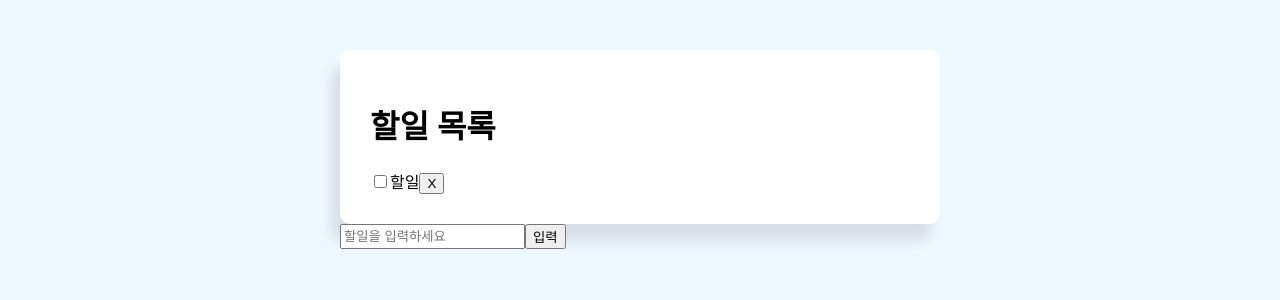
Repository: siwon9898/react-learn
Page: /
An editor plug-in stored every save of this project. The page is shown before and after the next save, followed by the edit.
The browser window is 1280 px wide. The pictures show the whole page.
The project was rebuilt for these pictures with package versions that can differ from the ones it lists, and the page was loaded fresh each time.

Above is the page before, as saved 2023-03-29 15:04:09.

### public/index.html
<!-- 페이지 템플릿 -->
<!DOCTYPE html>
<html lang="en">
  <head>
    <meta charset="utf-8" />
    <link rel="icon" href="%PUBLIC_URL%/favicon.ico" />
    <meta name="viewport" content="width=device-width, initial-scale=1" />
    <meta name="theme-color" content="#000000" />
    <meta
      name="description"
      content="Web site created using create-react-app"
    />
    <link rel="apple-touch-icon" href="%PUBLIC_URL%/logo192.png" />
    <!--
      manifest.json provides metadata used when your web app is installed on a
      user's mobile device or desktop. See https://developers.google.com/web/fundamentals/web-app-manifest/
    -->
    <link rel="manifest" href="%PUBLIC_URL%/manifest.json" />
    <!--
      Notice the use of %PUBLIC_URL% in the tags above.
      It will be replaced with the URL of the `public` folder during the build.
      Only files inside the `public` folder can be referenced from the HTML.

      Unlike "/favicon.ico" or "favicon.ico", "%PUBLIC_URL%/favicon.ico" will
      work correctly both with client-side routing and a non-root public URL.
      Learn how to configure a non-root public URL by running `npm run build`.
    -->
    <title>React App</title>
  </head>
  <body>
    <noscript>You need to enable JavaScript to run this app.</noscript>
    <div id="root"></div>
    <!--
      This HTML file is a template.
      If you open it directly in the browser, you will see an empty page.

      You can add webfonts, meta tags, or analytics to this file.
      The build step will place the bundled scripts into the <body> tag.

      To begin the development, run `npm start` or `yarn start`.
      To create a production bundle, use `npm run build` or `yarn build`.
    -->
  </body>
</html>

### src/index.js
//js 시작점
import React from 'react';
import ReactDOM from 'react-dom/client';
import './index.css';
import App from './App';
import reportWebVitals from './reportWebVitals';

const root = ReactDOM.createRoot(document.getElementById('root'));
root.render(
  <React.StrictMode>
    <App />
  </React.StrictMode>
);

// If you want to start measuring performance in your app, pass a function
// to log results (for example: reportWebVitals(console.log))
// or send to an analytics endpoint. Learn more: https://bit.ly/CRA-vitals
reportWebVitals();

### src/App.js
import React, { Component } from "react";
import "./App.css";
// export default class App extends Component {
//   btnStyle = {
//     color: "#fff",
//     border: "none",
//     padding: "5px 9px",
//     borderRadius: "50%",
//     cursor: "pointer",
//     float: "right",
//   };

//   getStyle = (completed) => {
//     return {
//       padding: "10px",
//       borderBottom: "1px #ccc dotted",
//       textDecoration: completed ? "line-through" : "none",
//     };
//   };

//   state = {
//     todoData: [],
//     value: "",
//   };

//   handleClick = (id) => {
//     let newTodoData = this.state.todoData.filter((data) => data.id !== id);
//     this.setState({ todoData: newTodoData });
//   };

//   handleChange = (e) => {
//     this.setState({ value: e.target.value });
//   };

//   handleSubmit = (e) => {
//     e.preventDefault(); //form안에서 input 전송(submit)할때 reload 막아줌

//     //새로운 할일 데이터
//     let newTodo = {
//       id: Date.now(),
//       title: this.state.value,
//       completed: false,
//     };
//     //원래있던 할일에 새로운 할일 추가해줌
//     this.setState({ todoData: [...this.state.todoData, newTodo], value: "" });
//   };

//   handleCompleteChange = (id) => {
//     let newTodo = this.state.todoData.map((data) => {
//       if (data.id === id) {
//         data.completed = !data.completed;
//       }
//       return data;
//     });

//     this.setState({ todoData: newTodo });
//   };
//   render() {
//     return (
//       <div className="container">
//         <div className="todoBlock">
//           <div className="title">
//             <h1>할일 목록</h1>
//           </div>
//           {/* map은 배열 요소를 함수를 거쳐 새로운 배열을 반환해준다 */}
//           {this.state.todoData.map((data) => (
//             <div style={this.getStyle(data.completed)} key={data.id}>
//               {/* 여러개의 객체를 넣을때는 unique한 key prop이 있어야함 */}
//               <input
//                 type="checkbox"
//                 defaultChecked={false}
//                 onChange={() => this.handleCompleteChange(data.id)}
//               />
//               {data.title}
//               {/* 중괄호로 넣어야 실제 데이터가 들어감 */}
//               <button
//                 style={this.btnStyle}
//                 onClick={() => this.handleClick(data.id)}
//               >
//                 X
//               </button>
//             </div>
//           ))}

//           <form style={{ display: "flex" }} onSubmit={this.handleSubmit}>
//             <input
//               type="text"
//               name="value"
//               placeholder="할일을 입력하세요"
//               style={{ flex: "10", padding: "5px" }}
//               value={this.state.value}
//               onChange={this.handleChange}
//             />
//             <input
//               type="submit"
//               value="입력"
//               className="btn"
//               style={{ flex: "1" }}
//             />
//           </form>
//         </div>
//       </div>
//     );
//   }
// }

export default class App extends React.Component {
  render() {
    return (
      <div className="container">
        <div className="todoBlock">
          <div className="title">
            <h1>할일 목록</h1>
          </div>
          <div>
            <input type="checkbox" defaultChecked={false} />
            {/* {this.data.title} */}
            할일
            <button style={this.btnStyle}>X</button>
          </div>
        </div>
        <form style={{ display: "flex" }}>
          <input type="text" placeholder="할일을 입력하세요" />
          <input type="submit" value="입력" />
        </form>
      </div>
    );
  }
}

### src/App.css

.container {
  margin: auto;
  max-width: 600px;
}

.todoBlock {
  padding: 30px;
  margin-top: 50px;
  background-color: #fff;
  border-radius: 10px;
  box-shadow: -9px 17px 13px rgb(0,0,0,0.1);
}

Loaded but not shown: src/index.css (common file); src/reportWebVitals.js (common file)

After the next save:
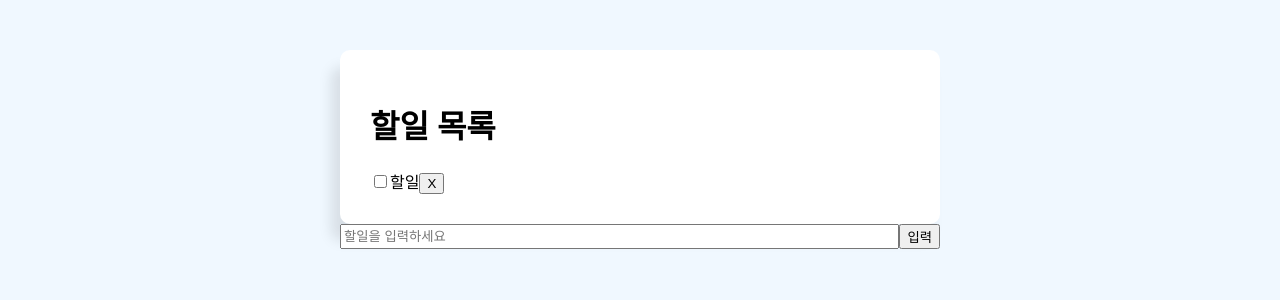
Saved 10 s later.
--- a/src/App.js
+++ b/src/App.js
@@ -120,7 +120,11 @@ export default class App extends React.Component {
           </div>
         </div>
         <form style={{ display: "flex" }}>
-          <input type="text" placeholder="할일을 입력하세요" />
+          <input
+            style={{ flex: 10 }}
+            type="text"
+            placeholder="할일을 입력하세요"
+          />
           <input type="submit" value="입력" />
         </form>
       </div>
